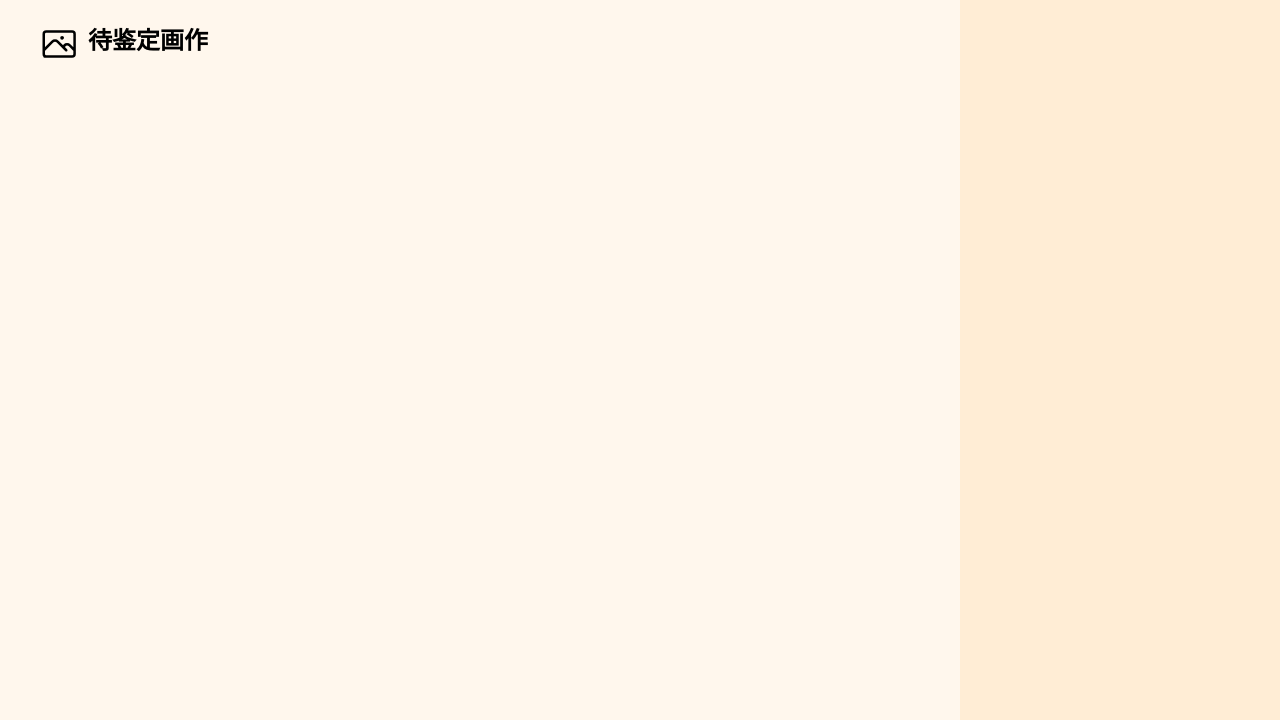
Repository: gaosth/Eyesee
Page: /dtail
These files come from the project's save history. The page is drawn as it stood at one moment and after the next save; the edit follows.
The browser window is 1280 px wide. The pictures show the whole page.
The project was rebuilt for these pictures with package versions that can differ from the ones it lists, and the page was loaded fresh each time. Also part of the build but not shown: vite.config.js, src/components/WelcomeItem.vue, src/components/icons/IconDocumentation.vue, src/components/icons/IconTooling.vue, src/components/icons/IconEcosystem.vue, src/components/icons/IconCommunity.vue, src/components/icons/IconSupport.vue, src/components/TheWelcome.vue and 5 more.

Above is the page before, as saved 2024-03-15 11:41:55.

### src/main.js
import './assets/main.css'

import { createApp } from 'vue'
import { createPinia } from 'pinia'

import App from './App.vue'
import router from './router'
import axios from 'axios'

axios.defaults.baseURL = 'http://127.0.0.1:8000'

const app = createApp(App)

app.use(createPinia())
// app.use(router)
app.use(router,axios)

app.mount('#app')

### src/App.vue
<template>
  <main>
    <RouterView />
  </main>
</template>

### src/router/index.js
import { createRouter, createWebHistory } from 'vue-router'
import HomeView from '../views/HomeView.vue'
import Agent from '../views/Agent.vue'
import Heatmap from '../components/Heatmap.vue'
import Test from '../views/reference.vue'
import DetailView from '../views/DetailView.vue'

const router = createRouter({
  history: createWebHistory(import.meta.env.BASE_URL),
  routes: [
    {
      path: '/',
      name: 'home',
      component: Agent
    },
    {
      path: '/about',
      name: 'about',
      // route level code-splitting
      // this generates a separate chunk (About.[hash].js) for this route
      // which is lazy-loaded when the route is visited.
      component: () => import('../views/AboutView.vue')
    },
    {
      path: '/Agent',
      name: 'Agent',
      component: Agent
    },
    {
      path: '/Heatmap',
      name: 'Heatmap',
      component: Heatmap
    },
    {
      path: '/test',
      name: 'test',
      component: Test
    },
    {
      path: '/dtail',
      name: 'detail',
      component: DetailView
    },
  ]
})

export default router

### src/views/DetailView.vue
<template>
    <div class="flex flex-row min-h-screen">
        <div class="w-3/4 bg-orange-50">
            <div class = "flex ml-10 mt-6 justify-start">
                <div>
                    <svg xmlns="http://www.w3.org/2000/svg" fill="none" viewBox="0 0 24 24" stroke-width="1.5" stroke="currentColor" class="w-10 h-10">
                    <path stroke-linecap="round" stroke-linejoin="round" d="m2.25 15.75 5.159-5.159a2.25 2.25 0 0 1 3.182 0l5.159 5.159m-1.5-1.5 .409-1.409a2.25 2.25 0 0 1 3.182 0l2.909 2.909m-18 3.75h16.5a1.5 1.5 0 0 0 1.5-1.5V6a1.5 1.5 0 0 0-1.5-1.5H3.75A1.5 1.5 0 0 0 2.25 6v12a1.5 1.5 0 0 0 1.5 1.5Zm10.5-11.25h.008v.008h-.008V8.25Zm.375 0a.375.375 0 1 1-.75 0 .375.375 0 0 1 .75 0Z" />
                </svg>
                </div>
                <div class="text-2xl ml-2 font-bold ">
                    待鉴定画作
                </div>
            </div>
        </div>
        <div class="w-1/4 bg-orange-100"></div>
    </div>
</template>

Loaded but not shown: index.html (common file); src/assets/main.css (common file); tailwind.config.js (common file)

After the next save:
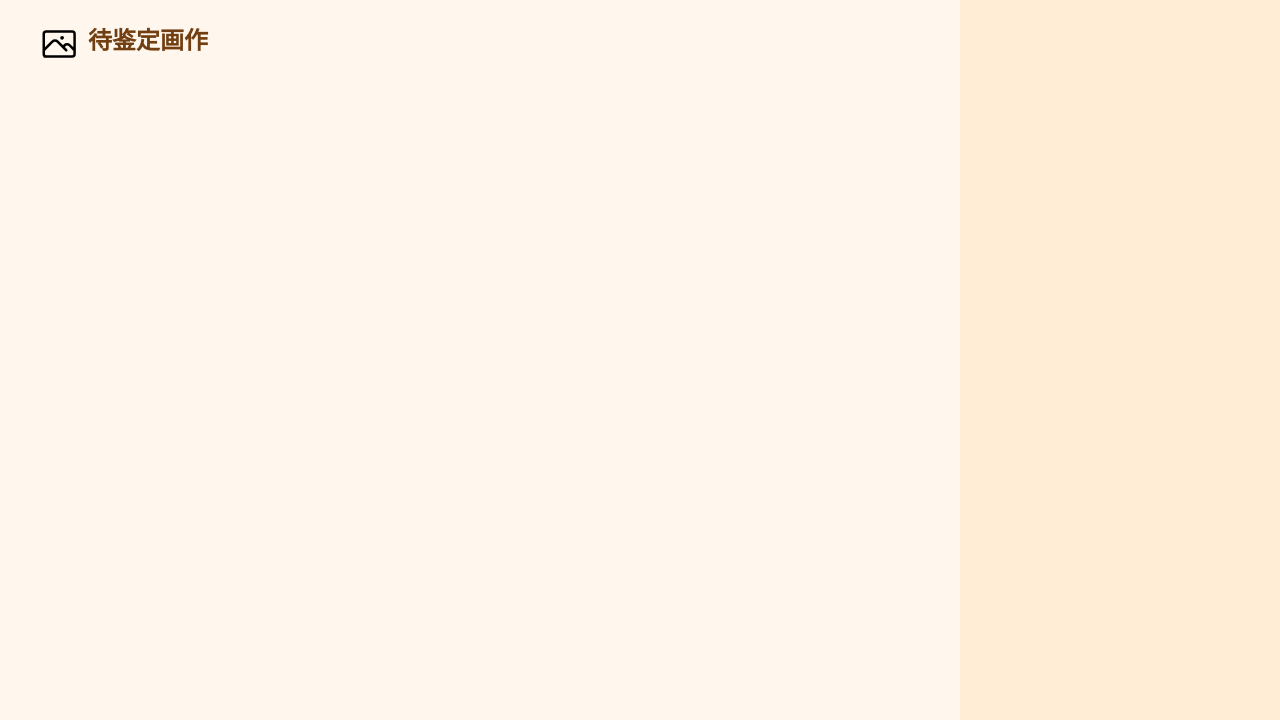
Saved 58 s later.
--- a/src/views/DetailView.vue
+++ b/src/views/DetailView.vue
@@ -7,7 +7,7 @@
                     <path stroke-linecap="round" stroke-linejoin="round" d="m2.25 15.75 5.159-5.159a2.25 2.25 0 0 1 3.182 0l5.159 5.159m-1.5-1.5 .409-1.409a2.25 2.25 0 0 1 3.182 0l2.909 2.909m-18 3.75h16.5a1.5 1.5 0 0 0 1.5-1.5V6a1.5 1.5 0 0 0-1.5-1.5H3.75A1.5 1.5 0 0 0 2.25 6v12a1.5 1.5 0 0 0 1.5 1.5Zm10.5-11.25h.008v.008h-.008V8.25Zm.375 0a.375.375 0 1 1-.75 0 .375.375 0 0 1 .75 0Z" />
                 </svg>
                 </div>
-                <div class="text-2xl ml-2 font-bold ">
+                <div class="text-2xl ml-2 font-bold text-yellow-900">
                     待鉴定画作
                 </div>
             </div>
